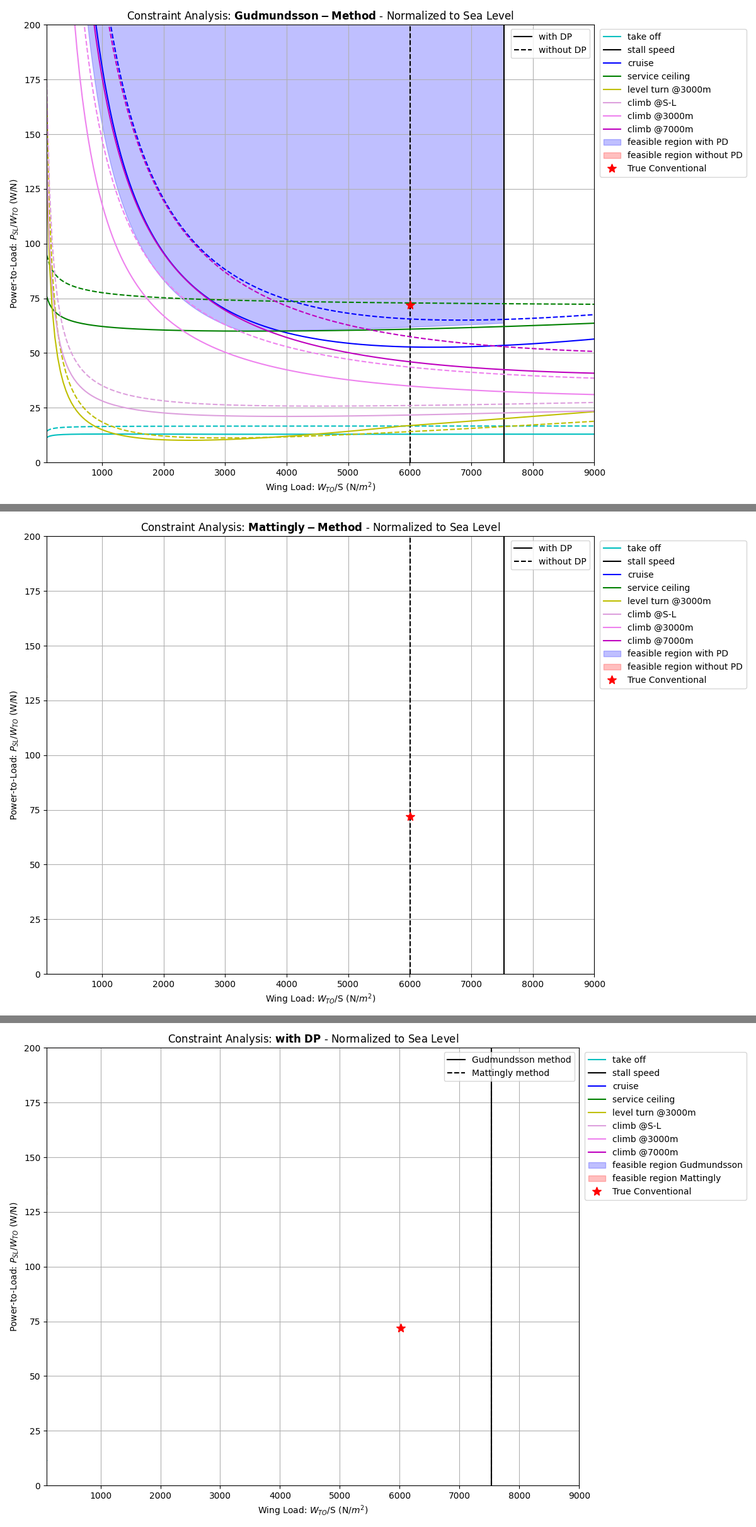
Repository: 12libao/DEA
Script's output: python Sizing_Method/ConstrainsAnalysis/ConstrainsAnalysisPD.py
These files come from the project's save history. The script's output is drawn as it stood at one moment and after the next save; the edit follows.
The pictures are shown at 63% of full size.
Each picture stacks the figures in order, with grey between them; figures that are only written to a file come last. Random numbers start from a fixed seed.

Above is the script's output before, as saved 2021-07-14 16:08:06.

After the next save:
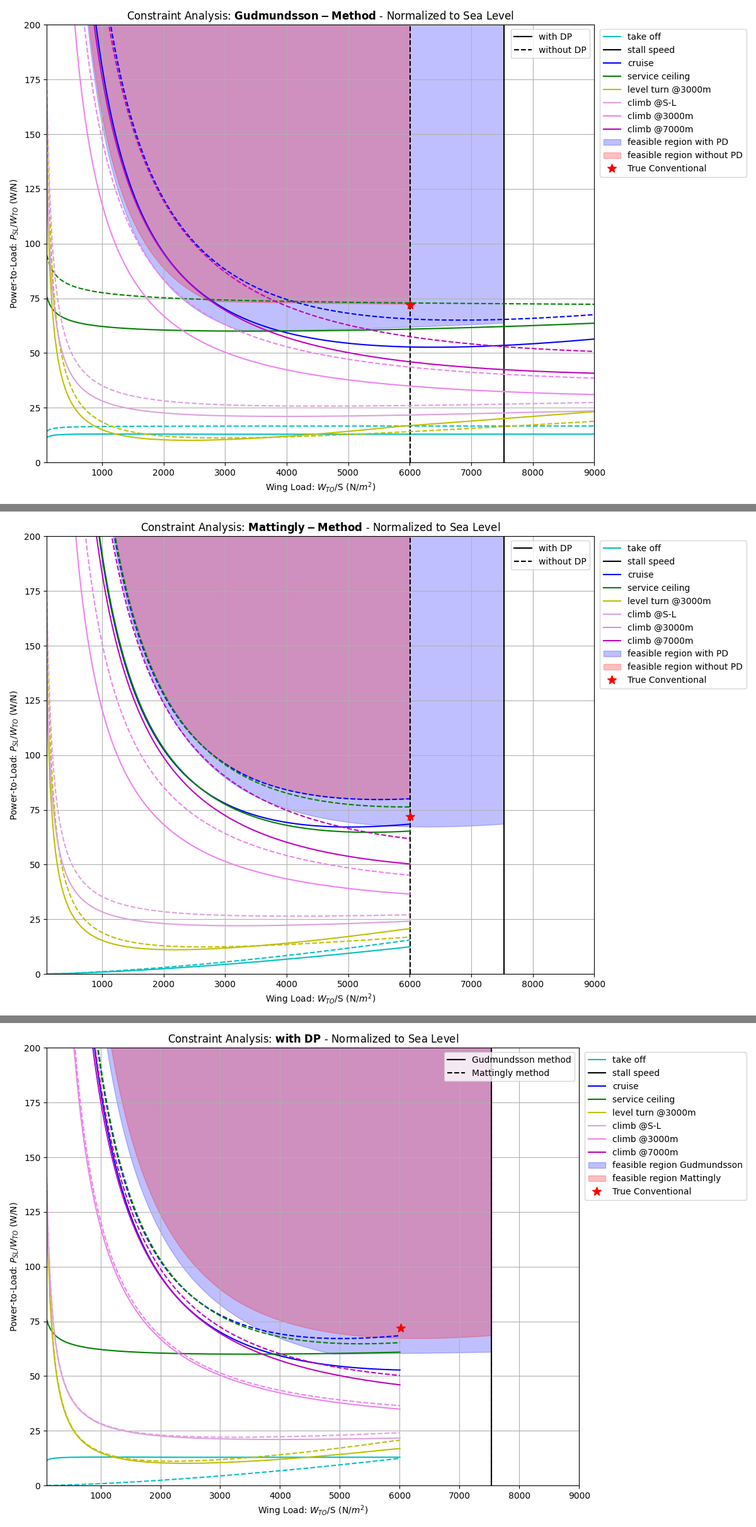
Saved 13 s later.
--- a/Sizing_Method/ConstrainsAnalysis/ConstrainsAnalysisPD.py
+++ b/Sizing_Method/ConstrainsAnalysis/ConstrainsAnalysisPD.py
@@ -298,7 +298,7 @@ if __name__ == "__main__":
         w_s = np.linspace(100, p_w[0, 1], n)
         plt.fill_between(w_s, np.amax(p_w[1:m, :], axis=0), 200, color='b', alpha=0.25,
                          label=label[k])
-        w_s = np.linspace(100, p_w[1+m, 1], n)
+        w_s = np.linspace(100, p_w[m, 1], n)
         plt.fill_between(w_s, np.amax(p_w[m+1:2 * m, :], axis=0), 200, color='r', alpha=0.25,
                          label=label[k + 3])
         plt.plot(6012, 72, 'r*', markersize=10, label='True Conventional')
